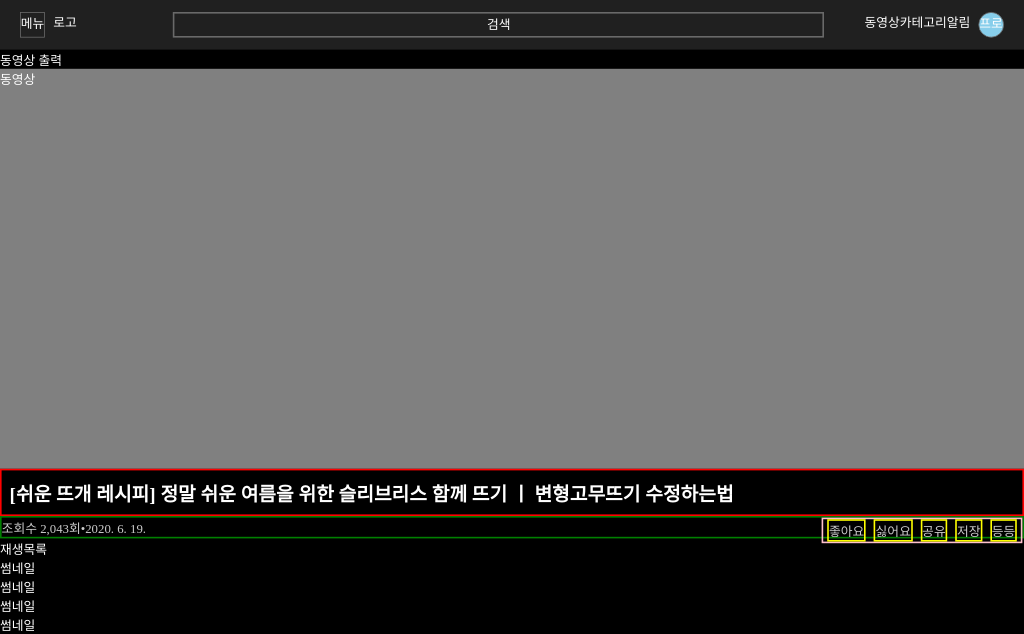
Repository: roseline0912/LikeLion
Page: YouTube_Clone/youtube.html
The author's editor kept a record of every edit. The page is drawn from the files as they stood at one moment, then again after the next edit.
The browser window is 1280 px wide. The pictures show the whole page, at 80% of full size.

Above is the page before.

After the next edit:
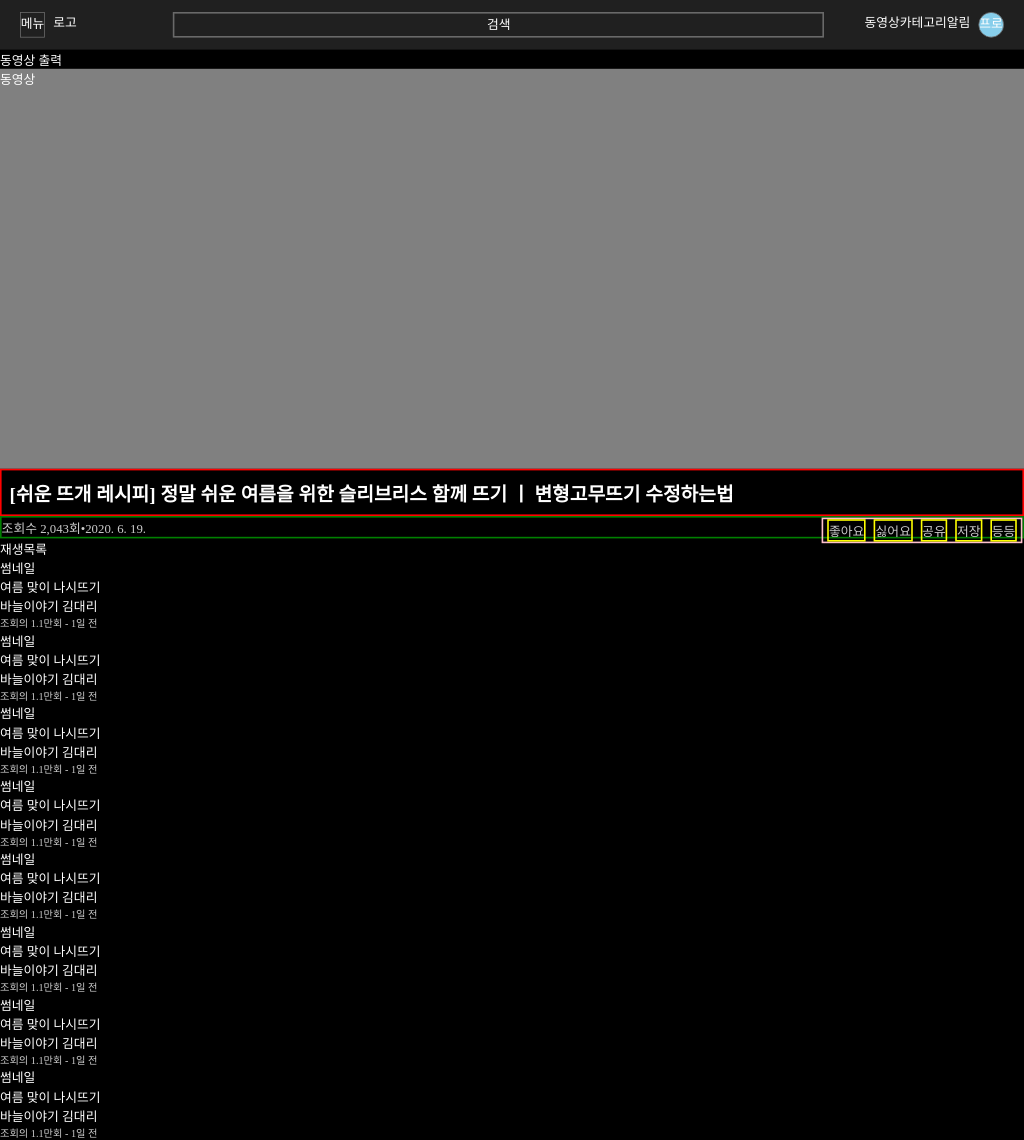
The edit:
--- a/YouTube_Clone/youtube.html
+++ b/YouTube_Clone/youtube.html
@@ -36,10 +36,51 @@
     <section class="right-section">재생목록
     <div class="list-item">
         <div class="list-thumbnail">썸네일</div>
+        <div class="list-title">여름 맞이 나시뜨기</div>
+        <div class="list-author">바늘이야기 김대리</div>
+        <div class="list-info">조회의 1.1만회 - 1일 전</div>
+    </div>
+    <div class="list-item">
         <div class="list-thumbnail">썸네일</div>
+        <div class="list-title">여름 맞이 나시뜨기</div>
+        <div class="list-author">바늘이야기 김대리</div>
+        <div class="list-info">조회의 1.1만회 - 1일 전</div>
+    </div>
+    <div class="list-item">
         <div class="list-thumbnail">썸네일</div>
+        <div class="list-title">여름 맞이 나시뜨기</div>
+        <div class="list-author">바늘이야기 김대리</div>
+        <div class="list-info">조회의 1.1만회 - 1일 전</div>
+    </div>
+    <div class="list-item">
         <div class="list-thumbnail">썸네일</div>
-
+        <div class="list-title">여름 맞이 나시뜨기</div>
+        <div class="list-author">바늘이야기 김대리</div>
+        <div class="list-info">조회의 1.1만회 - 1일 전</div>
+    </div>
+    <div class="list-item">
+        <div class="list-thumbnail">썸네일</div>
+        <div class="list-title">여름 맞이 나시뜨기</div>
+        <div class="list-author">바늘이야기 김대리</div>
+        <div class="list-info">조회의 1.1만회 - 1일 전</div>
+    </div>
+    <div class="list-item">
+        <div class="list-thumbnail">썸네일</div>
+        <div class="list-title">여름 맞이 나시뜨기</div>
+        <div class="list-author">바늘이야기 김대리</div>
+        <div class="list-info">조회의 1.1만회 - 1일 전</div>
+    </div>
+    <div class="list-item">
+        <div class="list-thumbnail">썸네일</div>
+        <div class="list-title">여름 맞이 나시뜨기</div>
+        <div class="list-author">바늘이야기 김대리</div>
+        <div class="list-info">조회의 1.1만회 - 1일 전</div>
+    </div>
+    <div class="list-item">
+        <div class="list-thumbnail">썸네일</div>
+        <div class="list-title">여름 맞이 나시뜨기</div>
+        <div class="list-author">바늘이야기 김대리</div>
+        <div class="list-info">조회의 1.1만회 - 1일 전</div>
     </div>
     </section>
 
